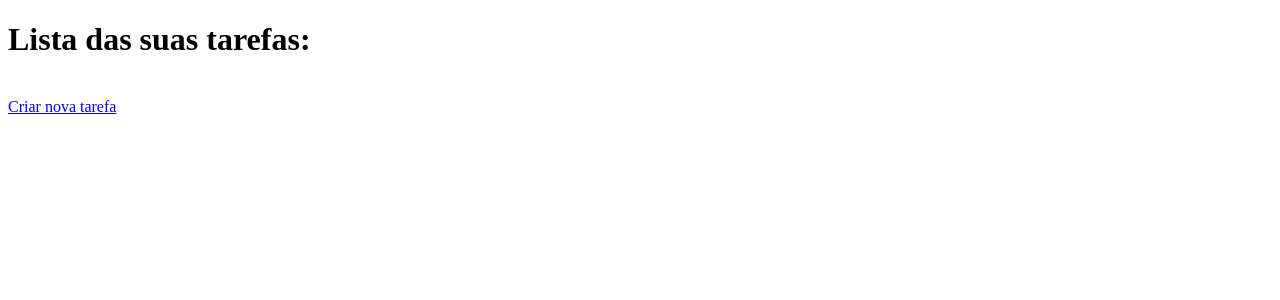
Repository: noceravictor/projetosbs
Page: http://localhost/fj21-tarefas/listaTarefas
The author's editor kept a copy of each file at every save. The page is drawn from the files as they stood at one save, then again after the next save.
The browser window is 1280 px wide. The pictures show the whole page.
The page is served by Tomcat 9. Other server files are loaded and not shown. Queries for data that is not in the repository find no rows.

Above is the page before, as saved 2019-03-21 15:23:01.

### fj21-tarefas/WebContent/WEB-INF/views/tarefa/lista.jsp
<%@ page language="java" contentType="text/html; charset=UTF-8"
    pageEncoding="UTF-8"%>
<%@ taglib uri="http://java.sun.com/jsp/jstl/core" prefix="c" %>
<%@ taglib uri="http://java.sun.com/jstl/fmt" prefix="fmt" %>
<!DOCTYPE html>
<html>
<head>
<meta charset="UTF-8">
<title>Lista de tarefas</title>
</head>
<body>
	<h1>Lista das suas tarefas:</h1><br />
	<a href="novaTarefa">Criar nova tarefa</a>

	<br /><br />

</body>
</html>

After the next save:
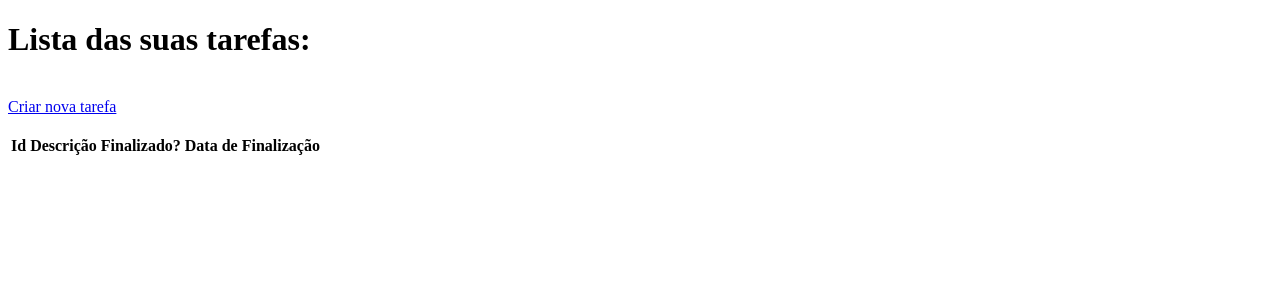
Saved 69 s later.
--- a/fj21-tarefas/WebContent/WEB-INF/views/tarefa/lista.jsp
+++ b/fj21-tarefas/WebContent/WEB-INF/views/tarefa/lista.jsp
@@ -14,5 +14,13 @@
 
 	<br /><br />
 
+	<table>
+		<tr>
+			<th>Id</th>
+			<th>Descrição</th>
+			<th>Finalizado?</th>
+			<th>Data de Finalização</th>
+	</table>
+
 </body>
 </html>
